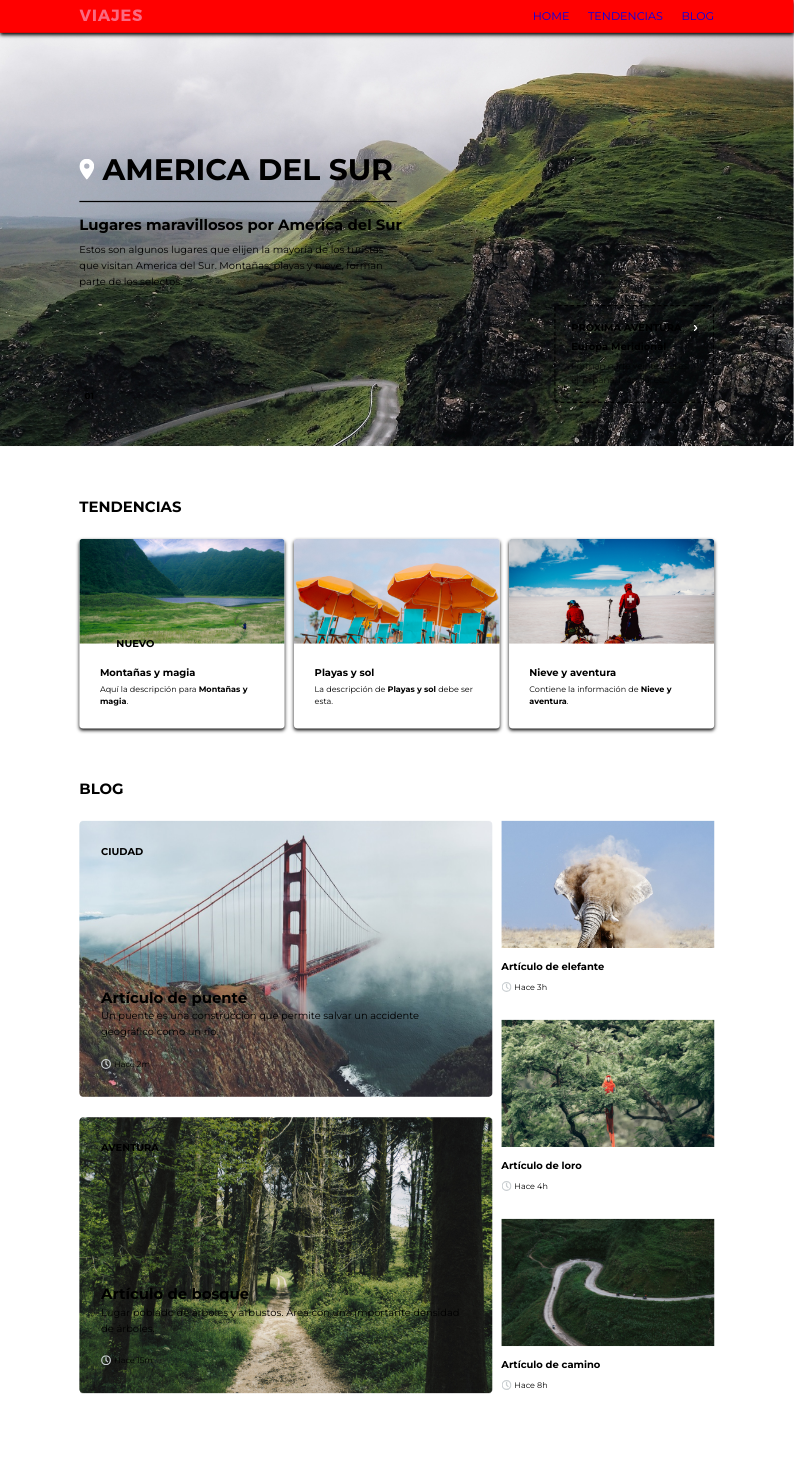
Repository: agustin-mesa/viajes
Page: /
The author's editor kept a copy of each file at every save. The page is drawn from the files as they stood at one save, then again after the next save.
The browser window is 1280 px wide. The pictures show the whole page, at 62% of full size.
The project was rebuilt for these pictures with package versions that can differ from the ones it lists, and the page was loaded fresh each time. Also part of the build but not shown: src/components/styles/colors.module.scss.

Above is the page before, as saved 2021-11-14 02:17:57.

### public/index.html
<!DOCTYPE html>
<html lang="es">
  <head>
    <meta name="author" content="Mauro Agustín Mesa" />
    <meta charset="utf-8" />
    <meta name="viewport" content="width=device-width, initial-scale=1" />
    <meta name="theme-color" content="#000000" />
    <meta
      name="description"
      content="Web site created using create-react-app"
    />
    <title>React App</title>
  </head>
  <body>
    <noscript>You need to enable JavaScript to run this app.</noscript>
    <div id="root"></div>
  </body>
</html>

### src/index.js
import React from "react";
import ReactDOM from "react-dom";
import App from "./App";
import "./index.css";

const Index = () => {
  return <App />;
};

ReactDOM.render(<Index />, document.getElementById("root"));

### src/App.js
import React from "react";
import Header from "./components/Header";
import Home from "./pages/Home";
import Tendencias from "./pages/Tendencias";
import Blog from "./pages/Blog";
import Footer from "./components/Footer";

const App = () => {
  return (
    <>
      <Header />
      <Home />
      <Tendencias />
      <Blog />
      <Footer />
    </>
  );
};

export default App;

### src/index.css
@import url("https://fonts.googleapis.com/css2?family=Montserrat:wght@100;200;300;400;500;600;700&display=swap");
@import url("https://fonts.googleapis.com/css2?family=Montserrat:wght@100;200;300;400;500;600;700&family=Open+Sans:wght@400;500;600;700&display=swap");

* {
  margin: 0;
  padding: 0;
  list-style: none;
  text-decoration: none;
  border: none;
  outline: none;
  scroll-behavior: smooth;
}

body {
  margin: 0;
  -webkit-font-smoothing: antialiased;
  -moz-osx-font-smoothing: grayscale;
  font-family: "Montserrat", "Open Sans", sans-serif;
}

code {
  font-family: source-code-pro, Menlo, Monaco, Consolas, "Courier New",
    monospace;
}

@media only screen and (max-width: 800px) {
  #root {
    font-size: 14px;
  }
}

### src/components/Header.js
import React, { useState } from "react";
import { useMediaQuery } from "react-responsive";
import styled, { keyframes } from "styled-components";

// Colors
import * as colors from "./styles/colors.module.scss";

// LOGO
import logo from "../Assets/logo/logo_01.svg";

// Iconos
import icHamburguer from "../Assets/iconos/hamburguer_menu.svg";
import icTimesExit from "../Assets/iconos/times_exit.svg";

const Header = () => {
  const [hamburguerMenu, changeHamburguerMenu] = useState(false);

  const isTabletOrMobile = useMediaQuery({ query: "(max-width: 764px)" });

  return (
    <ContainerHeader>
      <nav>
        <div className="nav__logo">
          <a href="#home">
            <img src={logo} alt="Viajes" />
          </a>
        </div>

        <div className="nav__menu">
          {isTabletOrMobile && (
            <img
              src={!hamburguerMenu ? icHamburguer : icTimesExit}
              alt=""
              onClick={() => changeHamburguerMenu(!hamburguerMenu)}
            />
          )}
          {hamburguerMenu && (
            <div
              className="bgAction"
              onClick={() => changeHamburguerMenu(!hamburguerMenu)}
            ></div>
          )}

          <ul
            className={`nav__list ${
              isTabletOrMobile && `${!hamburguerMenu && "off"}`
            }`}
          >
            <li>
              <a href="#home">HOME</a>
            </li>
            <li>
              <a href="#tendencias">TENDENCIAS</a>
            </li>
            <li>
              <a href="#blog">BLOG</a>
            </li>
          </ul>
        </div>
      </nav>
    </ContainerHeader>
  );
};

const showMenu = keyframes`
  0%{
    opacity: 0;
  }
  100%{
    opacity:1;
  }
`;

const ContainerHeader = styled.header`
  position: fixed;
  top: 0;
  left: 0;
  right: 0;
  z-index: 999;
  background: red;
  background: ${colors.white};
  box-shadow: 0px 3px 6px ${colors.blackOpac};
  nav {
    display: flex;
    flex-direction: row;
    justify-content: space-between;
    align-items: center;
    padding: 15px 10%;
  }
  .header__logo a img {
    width: 100px;
  }
  .nav__list {
    display: flex;
    flex-direction: row;
    justify-content: flex-end;
    align-items: center;
  }
  .nav__list li a {
    padding: 15px 15px;
    font: normal normal normal 1.125em/13px Montserrat;
    color: ${colors.blueRelax};
    transition: all 0.2s ease;
  }
  .nav__list li a:hover {
    color: ${colors.darkblue};
  }
  .nav__list li:last-child a {
    padding: 15px 0 15px 15px;
  }

  @media only screen and (max-width: 768px) {
    nav .nav__logo a img {
      width: 80px;
    }
    .nav__menu img {
      position: fixed;
      top: 15px;
      right: 10%;
      z-index: 999;
    }
    .nav__menu .bgAction {
      position: fixed;
      top: 0;
      bottom: 0;
      left: 0;
      right: 0;
      background: ${colors.darkblueOpac};
      animation: ${showMenu} 0.5s ease;
    }
    .nav__list {
      position: fixed;
      top: 0;
      bottom: 0;
      right: 0;
      width: 60%;
      background: ${colors.white};
      flex-direction: column;
      justify-content: flex-start;
      animation: ${showMenu} 0.5s ease;
      align-items: flex-start;
      padding: 70px 0 0;
    }
    .nav__list li {
      padding: 10px;
      width: 100%;
    }
    .nav__list li a {
      padding: 10px;
      color: ${colors.darkblue};
      font: normal normal normal 1.2em/13px Montserrat;
    }
    .nav__list li:last-child a {
      padding: 10px;
    }
    .off {
      display: none;
    }
  }
`;

export default Header;

### src/pages/Home.js
import React from "react";
import styled from "styled-components";

import * as colors from "../components/styles/colors.module.scss";

// IMG
import viajesHero from "../Assets/img/Viajes_Hero.jpg";
import icPin from "../Assets/iconos/ic_pin.svg";
import icArrow from "../Assets/iconos/arrow.svg";

// Importo etiquetas default con estilos propios
import { Parrafo, Span, H3, H5 } from "../components/styles/stylesDefault";

const Home = () => {
  return (
    <ContainerHome id="home">
      <HeroWrapper>
        <div className="hero__title">
          <h1>
            <img src={icPin} alt="Pin" /> AMERICA DEL SUR
          </h1>
          <hr />
          <H3 color="white">Lugares maravillosos por America del Sur</H3>
          <Parrafo>
            Estos son algunos lugares que elijen la mayoría de los turistas que
            visitan America del Sur. Montañas, playas y nieve, forman parte de
            los selectos.
          </Parrafo>
        </div>
        <div className="hero__info">
          <H5>
            PRÓXIMA AVENTURA <img src={icArrow} alt="Arrow" />
          </H5>
          <Span color="white">Europa Meridional</Span>
          <p>
            Forman parte veinte países. <br />
            ej. España, Francia, etc.
          </p>
        </div>
      </HeroWrapper>
      <div className="slider">
        <span>01</span>
      </div>
    </ContainerHome>
  );
};

const ContainerHome = styled.div`
  width: 100%;
  height: 100vh;
  background-image: url(${viajesHero});
  background-size: cover;
  background-position: center;

  .slider {
    position: absolute;
    width: 13%;
    bottom: 60px;
    display: flex;
    align-items: center;
    justify-content: flex-end;
    z-index: 1;
    span {
      display: flex;
      align-items: center;
      justify-content: center;
      width: 45px;
      height: 45px;
      background: ${colors.white};
      border-radius: 50px;
      font: normal normal bold 0.875em/22px Montserrat;
    }
    span::after {
      content: "";
      position: absolute;
      width: 70px;
      height: 70px;
      background: ${colors.whiteOpac};
      border-radius: 50px;
      z-index: -2;
    }
    span::before {
      content: "";
      position: absolute;
      left: 0;
      width: 100%;
      height: 5px;
      background: ${colors.pink};
      z-index: -1;
    }
  }
  @media only screen and (max-width: 920px) {
    .slider {
      width: 20%;
    }
  }
  @media only screen and (max-width: 480px) {
    .slider span {
      width: 35px;
      height: 35px;
    }
    .slider span::after {
      width: 50px;
      height: 50px;
    }
  }
`;

const HeroWrapper = styled.div`
  position: absolute;
  top: 0;
  bottom: 0;
  left: 10%;
  right: 10%;
  display: flex;
  align-items: center;

  .hero__title {
    display: flex;
    align-items: flex-start;
    justify-content: center;
    flex-direction: column;
    color: ${colors.white};

    h1 {
      font: normal normal bold 3em/42px Montserrat;
    }
    hr {
      width: 50%;
      border-bottom: 2px solid ${colors.white};
      margin: 30px 0 20px;
      background: ${colors.white};
    }
  }

  .hero__info {
    position: absolute;
    right: 0;
    bottom: 70px;
    background: ${colors.darkblueOpac} 0% 0% no-repeat padding-box;
    border: 2px dashed ${colors.whiteOpac};
    border-radius: 6px;
    padding: 25px;

    p {
      font: normal normal 300 0.875em/22px Montserrat;
      color: ${colors.white};
      margin: 10px 0 0;
    }
  }

  @media only screen and (max-width: 800px) {
    .hero__info {
      display: none;
    }
    .hero__title p {
      width: 80%;
    }
    .hero__title hr {
      width: 85%;
    }
  }
  @media only screen and (max-width: 650px) {
    .hero__info,
    .hero__title p {
      display: none;
    }
    .hero__title hr {
      width: 85%;
    }
  }
  @media only screen and (max-width: 580px) {
    .hero__title h1 {
      font: normal normal bold 1.7em/42px Montserrat;
    }
    .hero__title h1 img {
      width: 12px;
    }
    .hero__title h3 {
      font: normal normal bold 1.4em/34px Montserrat;
    }
    .hero__title hr {
      width: 100%;
      margin: 15px 0 20px;
    }
  }
`;

export default Home;

### src/pages/Tendencias.js
import React from "react";
import styled from "styled-components";

// Colors
import * as colors from "../components/styles/colors.module.scss";

// IMG
import card01 from "../Assets/img/card_01.png";
import card02 from "../Assets/img/card_02.png";
import card03 from "../Assets/img/card_03.png";

// Importo etiquetas default con estilos propios
import { H3 } from "../components/styles/stylesDefault";

// Components
import TendenciaItem from "../components/TendenciaItem";

const Tendencias = () => {
  // Simulo una base de datos para luego imprimir cada CARD.
  // Aunque también se podría hacer manualmente usando el componente
  // TendenciaItem y usar sus props, pero la manera más eficiente es el de
  // simular una base de datos; tranquilamente se muestra cada CARD con tan solo
  // agregar un objeto más dentro del array.
  const tendencias = [
    {
      src: card01,
      isNew: true,
      titulo: "Montañas y magia",
      descripcion: (
        <>
          Aquí la descripción para <b>Montañas y magia</b>.
        </>
      ),
    },
    {
      src: card02,
      isNew: false,
      titulo: "Playas y sol",
      descripcion: (
        <>
          La descripción de <b>Playas y sol</b> debe ser esta.
        </>
      ),
    },
    {
      src: card03,
      isNew: false,
      titulo: "Nieve y aventura",
      descripcion: (
        <>
          Contiene la información de <b>Nieve y aventura</b>.
        </>
      ),
    },
  ];

  return (
    <ContainerTendencias id="tendencias">
      <div className="tendencias">
        <div className="tendencias__header">
          <H3 color="darkblue">TENDENCIAS</H3>
        </div>
        <div className="tendencias__body">
          {tendencias.map((tendencia, i) => {
            return (
              <TendenciaItem
                src={tendencia.src}
                nuevo={tendencia.isNew}
                titulo={tendencia.titulo}
                descripcion={tendencia.descripcion}
                key={i}
              />
            );
          })}
        </div>
      </div>
    </ContainerTendencias>
  );
};

const ContainerTendencias = styled.section`
  padding: 80px 10%;
  background: ${colors.grey};

  .tendencias__body {
    display: grid;
    grid-template-columns: repeat(3, 1fr);
    grid-template-rows: auto;
    row-gap: 40px;
    -moz-column-gap: 15px;
    column-gap: 15px;

    margin: 35px 0 0;

    div:last-child {
      margin: 0;
    }
  }
  .tendencias__header {
    width: 100%;
  }

  @media only screen and (max-width: 800px) {
    .tendencias__body {
      grid-template-columns: repeat(2, 1fr);
      .tendencia-item:nth-child(3) {
        display: none;
      }
    }
  }
  @media only screen and (max-width: 600px) {
    .tendencias__body {
      grid-template-columns: repeat(1, 1fr);
      .tendencia-item:nth-child(2) {
        display: none;
      }
    }
  }
`;

export default Tendencias;

### src/pages/Blog.js
import React from "react";
import styled from "styled-components";

// Colors
import * as colors from "../components/styles/colors.module.scss";

// IMG
import artBig01 from "../Assets/img/articulo_big_01.png";
import artBig02 from "../Assets/img/articulo_big_02.png";
import artSmall01 from "../Assets/img/articulo_small_01.png";
import artSmall02 from "../Assets/img/articulo_small_02.png";
import artSmall03 from "../Assets/img/articulo_small_03.png";

// Importo etiquetas default con estilos propios
import { H3 } from "../components/styles/stylesDefault";

// Components
import BigNewItem from "../components/BigNewItem";
import SmallNewItem from "../components/SmallNewItem";

const Blog = () => {
  const articulosBig = [
    {
      src: artBig01,
      tipo: "CIUDAD",
      titulo: "Artículo de puente",
      descripcion:
        "Un puente es una construcción que permite salvar un accidente geográfico como un río.",
      time: "2m",
    },
    {
      src: artBig02,
      tipo: "AVENTURA",
      titulo: "Artículo de bosque",
      descripcion:
        "Lugar poblado de árboles y arbustos. Área con una importante densidad de árboles.",
      time: "15m",
    },
  ];

  const articulosSmall = [
    {
      src: artSmall01,
      titulo: "Artículo de elefante",
      time: "3h",
    },
    {
      src: artSmall02,
      titulo: "Artículo de loro",
      time: "4h",
    },
    {
      src: artSmall03,
      titulo: "Artículo de camino",
      time: "8h",
    },
  ];

  return (
    <ContainerBlog id="blog">
      <div className="blog__header">
        <H3 color="darkblue">BLOG</H3>
      </div>
      <div className="blog__body">
        <div className="body__article">
          {articulosBig.map((articulo, i) => {
            return (
              <BigNewItem
                src={articulo.src}
                tipo={articulo.tipo}
                titulo={articulo.titulo}
                descripcion={articulo.descripcion}
                time={articulo.time}
                key={i}
              />
            );
          })}
        </div>
        <div className="body__article2">
          {articulosSmall.map((articulo, i) => {
            return (
              <SmallNewItem
                src={articulo.src}
                titulo={articulo.titulo}
                time={articulo.time}
                key={i}
              />
            );
          })}
        </div>
      </div>
    </ContainerBlog>
  );
};

const ContainerBlog = styled.section`
  position: relative;
  padding: 0 10% 40px;
  background: linear-gradient(180deg, ${colors.grey} 20%, ${colors.white} 0%);

  .blog__body {
    display: grid;
    grid-template-columns: 65% 1fr;
    grid-template-rows: auto;
    row-gap: 40px;
    -moz-column-gap: 15px;
    column-gap: 15px;
    margin: 35px 0 0;
  }
  .body__article {
    display: flex;
    flex-direction: column;
    width: 100%;
  }
  .body__article2 {
    display: grid;
    grid-template-rows: auto 1fr;
    row-gap: 40px;
  }
  article:last-child {
    margin: 0;
  }
  @media only screen and (max-width: 800px) {
    .blog__header {
      padding: 0 10%;
    }
    .blog__body {
      grid-template-columns: repeat(1, 1fr);
    }
    .body__article2 {
      display: none;
    }
  }
  @media only screen and (max-width: 600px) {
    & {
      padding: 0 0 60px;
    }
    .body__article {
      overflow: hidden;
    }
    .body__article article {
      overflow: hidden;
      height: 430px;
      display: flex;
      justify-content: center;
    }
  }
`;

export default Blog;

### src/components/Footer.js
import React from "react";
import styled from "styled-components";

// Colors
import * as colors from "../components/styles/colors.module.scss";

// IMG
import logo from "../Assets/logo/logo_02.svg";
import icFacebook from "../Assets/iconos/facebook.svg";
import icInstagram from "../Assets/iconos/instagram.svg";

const Footer = () => {
  return (
    <ContainerFooter>
      <div>
        <img src={logo} alt="Viajes" />
      </div>
      <div className="redes">
        <img src={icInstagram} alt="Instagram" />
        <img src={icFacebook} alt="Facebook" />
      </div>
    </ContainerFooter>
  );
};

const ContainerFooter = styled.footer`
  background: ${colors.darkblue};
  padding: 40px 10%;
  display: flex;
  align-items: center;
  justify-content: space-between;

  .redes img:first-child {
    margin: 0 20px;
  }
  @media only screen and (max-width: 600px) {
    & {
      padding: 30px 10%;
    }
  }
`;

export default Footer;

### src/components/styles/stylesDefault.js
import styled from "styled-components";

// Colors
import * as colors from "./colors.module.scss";

const Parrafo = styled.p`
  margin: 10px 0 0;
  font: normal normal normal 1em/26px Montserrat;
  width: 50%;
  color: ${colors.white};
`;

const H3 = styled.h3`
  font: normal normal bold 1.5em/34px Montserrat;
  color: ${(props) => {
    if (props.color === "white") return colors.white;
    if (props.color === "darkblue") return colors.darkblue;
  }};
`;

const H5 = styled.h5`
  font: normal normal bold 1em/20px Montserrat;
  color: ${colors.pink};
  margin: 0 0 10px;
  img {
    margin: 0 0 0 15px;
  }
`;

const Span = styled.span`
  font: normal normal bold 1em/20px Montserrat;
  color: ${(props) => {
    if (props.color === "white") return colors.white;
    if (props.color === "darkblue") return colors.darkblue;
  }};
`;

export { Parrafo, Span, H3, H5 };

### src/components/TendenciaItem.js
import React from "react";
import styled from "styled-components";

// Colors
import * as colors from "./styles/colors.module.scss";

import { Span } from "./styles/stylesDefault";

const TendenciaItem = ({ src, nuevo, titulo, descripcion }) => {
  return (
    <TenItem className="tendencia-item">
      <div className="tendencia-item__img">
        <img src={src} alt={titulo} />
      </div>
      <div className="tendencia-item__new">{nuevo && <span>NUEVO</span>}</div>
      <div className="tendencia-item__descrip">
        <Span color="darkblue">{titulo}</Span>
        <p>{descripcion}</p>
      </div>
    </TenItem>
  );
};

const TenItem = styled.div`
  background: ${colors.white} 0% 0% no-repeat padding-box;
  box-shadow: 0px 3px 6px ${colors.blackOpac};
  border-radius: 6px;
  margin: 0 16px 0 0;
  width: 100%;
  overflow: hidden;

  .tendencia-item__img img {
    width: 100%;
  }
  .tendencia-item__new {
    width: 100%;
    position: relative;
  }

  .tendencia-item__new span {
    position: absolute;
    top: -20px;
    left: 15%;
    background: ${colors.pink};
    border-radius: 6px;
    padding: 10px;
    font: normal normal bold 1em/0.8125em Montserrat;
    color: ${colors.white};
  }
  .tendencia-item__descrip {
    padding: 10%;
  }
  .tendencia-item__descrip p {
    font: normal normal normal 0.8125em/1.6em Montserrat;
    color: ${colors.greyBlue};
    margin: 5px 0 0;
  }
`;

export default TendenciaItem;

### src/components/BigNewItem.js
import React from "react";
import styled from "styled-components";

// Importo etiquetas default con estilos propios
import { Span, H3, Parrafo } from "../components/styles/stylesDefault";
import Time from "./Time";

const BigNewItem = ({ src, tipo, titulo, descripcion, time }) => {
  return (
    <NewItemBig>
      <img className="img__bg" src={src} alt={titulo} />
      <div className="newItem__info">
        <div className="info__header">
          <Span color="white">{tipo}</Span>
        </div>
        <div className="info__body">
          <H3 color="white">{titulo}</H3>
          <Parrafo>{descripcion}</Parrafo>
          <Time time={time} />
        </div>
      </div>
    </NewItemBig>
  );
};

const NewItemBig = styled.article`
  position: relative;
  border-radius: 6px;
  width: 100%;
  height: 100%;
  margin: 0 0 5%;

  .img__bg {
    width: 100%;
    max-width: 850px;
    height: 100%;
  }
  .newItem__info {
    position: absolute;
    top: 40px;
    left: 35px;
    right: 35px;
    bottom: 40px;
    display: flex;
    flex-direction: column;
    justify-content: space-between;
  }
  .info__body p {
    width: 100%;
    margin: 0 0 25px;
  }

  @media only screen and (max-width: 600px) {
    .img__bg {
      width: auto;
    }
  }

  @media only screen and (max-width: 530px) {
    .info__body p {
      display: none;
    }
  }
`;

export default BigNewItem;

### src/components/SmallNewItem.js
import React from "react";
import styled from "styled-components";

// Importo etiquetas default con estilos propios
import { Span } from "../components/styles/stylesDefault";

// Components
import Time from "./Time";

const SmallNewItem = ({ src, titulo, time }) => {
  return (
    <NewItemSmall>
      <img className="img__bg" src={src} alt={titulo} />
      <Span className="titulo" color="darkblue">
        {titulo}
      </Span>
      <Time time={time} />
    </NewItemSmall>
  );
};

const NewItemSmall = styled.article`
  display: flex;
  align-items: start;
  justify-content: center;
  flex-direction: column;
  span.titulo {
    margin: 20px 0 10px;
  }
  .img__bg {
    width: 100%;
  }
`;

export default SmallNewItem;

### src/components/Time.js
import React from "react";
import styled from "styled-components";

// Colors
import * as colors from "./styles/colors.module.scss";

// IMG
import icTime from "../Assets/iconos/time.svg";

const Time = ({ time }) => {
  return (
    <Timer>
      <img src={icTime} alt="Time" /> Hace {time}
    </Timer>
  );
};

const Timer = styled.span`
  display: flex;
  align-items: center;
  font: normal normal normal 0.8125em/26px Montserrat;
  color: ${colors.blueRelax};
  img {
    margin: 0 5px 0 0;
  }
`;
export default Time;

After the next save:
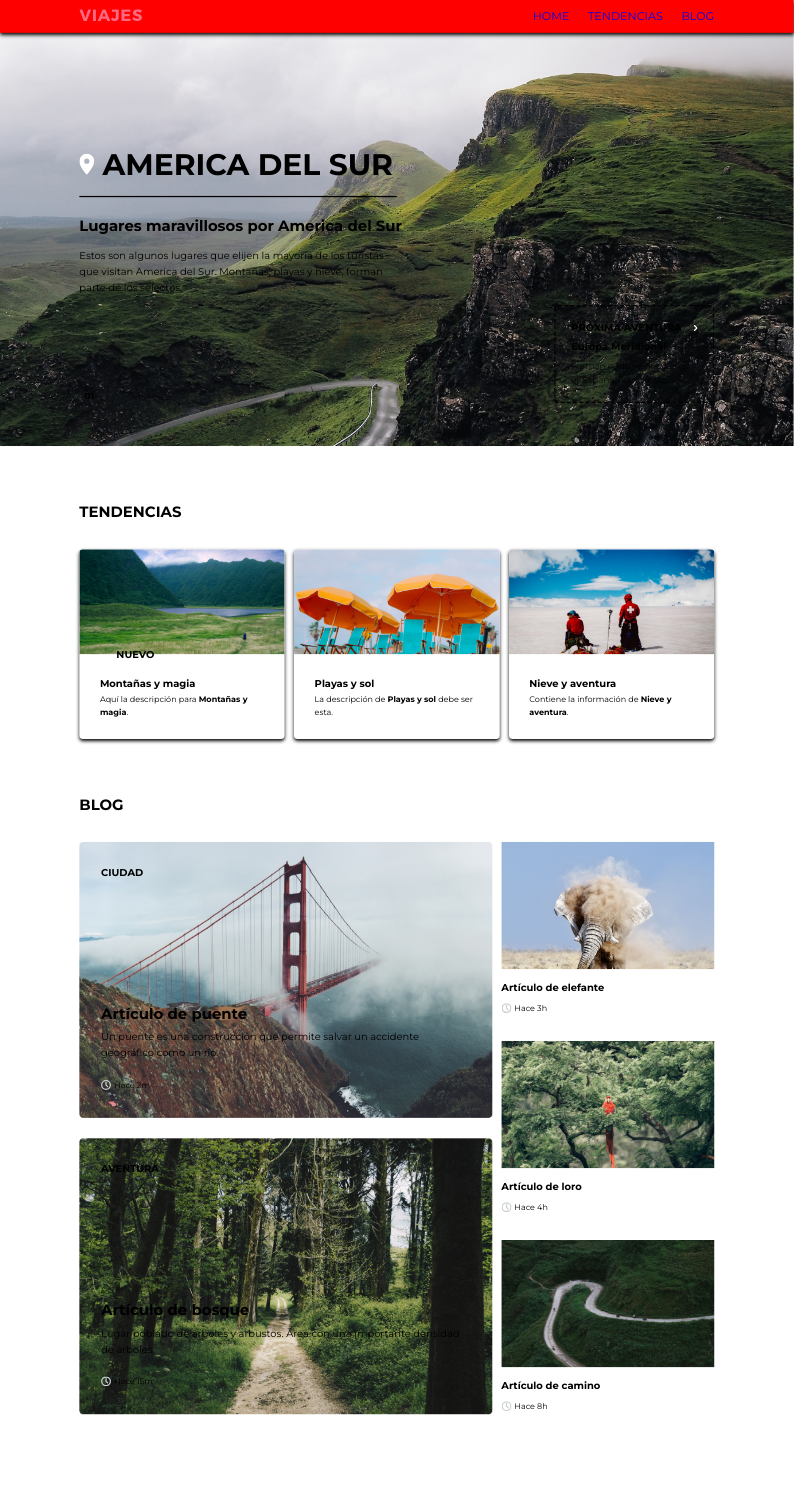
Saved 40 s later.
--- a/src/components/styles/stylesDefault.js
+++ b/src/components/styles/stylesDefault.js
@@ -5,13 +5,13 @@ import * as colors from "./colors.module.scss";
 
 const Parrafo = styled.p`
   margin: 10px 0 0;
-  font: normal normal normal 1em/26px Montserrat;
+  font: normal normal normal 1em/1.625em Montserrat;
   width: 50%;
   color: ${colors.white};
 `;
 
 const H3 = styled.h3`
-  font: normal normal bold 1.5em/34px Montserrat;
+  font: normal normal bold 1.5em/2.125em Montserrat;
   color: ${(props) => {
     if (props.color === "white") return colors.white;
     if (props.color === "darkblue") return colors.darkblue;
@@ -19,7 +19,7 @@ const H3 = styled.h3`
 `;
 
 const H5 = styled.h5`
-  font: normal normal bold 1em/20px Montserrat;
+  font: normal normal bold 1em/1.25em Montserrat;
   color: ${colors.pink};
   margin: 0 0 10px;
   img {
@@ -28,7 +28,7 @@ const H5 = styled.h5`
 `;
 
 const Span = styled.span`
-  font: normal normal bold 1em/20px Montserrat;
+  font: normal normal bold 1em/1.25em Montserrat;
   color: ${(props) => {
     if (props.color === "white") return colors.white;
     if (props.color === "darkblue") return colors.darkblue;
